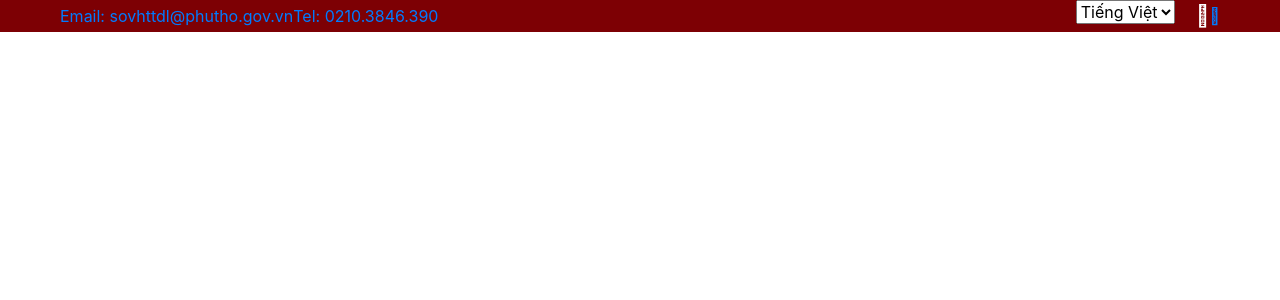
Repository: NgocNB20/Front_end_KLTN
Page: index.html
An editor plug-in stored every save of this project. The page is shown before and after the next save, followed by the edit.
The browser window is 1280 px wide. The pictures show the whole page.
Some web fonts or font styles are not loaded; a fallback is used. Some web libraries are served in a nearby version.

Above is the page before, as saved 2021-11-28 10:39:01.

### index.html
<!DOCTYPE html>
<html lang="en">

<head>
    <meta charset="UTF-8">
    <meta http-equiv="X-UA-Compatible" content="IE=edge">
    <meta name="viewport" content="width=device-width, initial-scale=1.0">
    <!-- Bootstrap CSS -->
    <link rel="stylesheet" href="https://maxcdn.bootstrapcdn.com/bootstrap/4.0.0/css/bootstrap.min.css"
        integrity="sha384-Gn5384xqQ1aoWXA+058RXPxPg6fy4IWvTNh0E263XmFcJlSAwiGgFAW/dAiS6JXm" crossorigin="anonymous">
    <link
        href="https://fonts.googleapis.com/css?family=Barlow+Condensed:200,300,400,400i,500,600,700,800,900%7CSatisfy&amp;display=swap"
        rel="stylesheet">
    <link rel="stylesheet" href="https://pro.fontawesome.com/releases/v5.10.0/css/all.css"
        integrity="sha384-AYmEC3Yw5cVb3ZcuHtOA93w35dYTsvhLPVnYs9eStHfGJvOvKxVfELGroGkvsg+p" crossorigin="anonymous" />

    <link rel="stylesheet" href="./style.css">
    <title>Travel</title>
</head>

<body>
    <div class="page-wrapper">
        <div class="site-header__header-one-wrap">
            <div class="topbar-one">
                <div class="container-fluid">
                    <div class="topbar-one__left">
                        <a href="mailto:Email: sovhttdl@phutho.gov.vn">Email: sovhttdl@phutho.gov.vn</a>
                        <a href="tel:Tel: 0210.3846.390">Tel: 0210.3846.390</a>
                    </div>
                    <div class="topbar-one__right"></div>
                    <div class="main-nav__right">
                        <div class="dropdown bootstrap-select">
                            <select name="languages" id="languages"
                                class="selectpicker" onchange="javascript:location.href = this.value;" tabindex="-98">
                                <option value="/vi" selected="">Tiếng Việt</option>
                                <option value="/en">English</option>
                            </select>
                                <!-- <button type="button" class="btn dropdown-toggle btn-light" data-toggle="dropdown"
                                    role="button" data-id="languages" title="Tiếng Việt">
                                    <div class="filter-option">
                                        <div class="filter-option-inner">
                                            <div class="filter-option-inner-inner">Tiếng Việt</div>
                                        </div>
                                    </div>
                                </button> -->
                            <div class="dropdown-menu " role="combobox">
                                <div class="inner show" role="listbox" aria-expanded="false" tabindex="-1">
                                    <ul class="dropdown-menu inner show"></ul>
                                </div>
                            </div>
                        </div>
                        <a href="#" class="main-nav__search search-popup__toggler"><i class="fal fa-search"></i></a>
                        <a href="#" class="main-nav__login login-popup__toggler"><i class="fal fa-user"></i></a>
                    </div>
                </div>
            </div>
            <div class="container-fluid">

            </div>
        </div>
    </div>

</body>

</html>

### style.css
:root {
    --thm-font: 'Barlow Condensed', sans-serif;
    --heading-font: 'Charmonman', cursive;
    --thm-base: #ffa801;
    --thm-base-rgb: 255, 168, 1;
    --thm-primary: #40b9eb;
    --thm-primary-rgb: 64, 185, 235;
    --thm-secondary: #ff0143;
    --thm-secondary-rgb: 255, 1, 67;
    --thm-black: #082740;
    --thm-black-rgb: 8, 39, 64;
    --thm-gray: #eceeef;
    --blue: #007bff;
    --indigo: #6610f2;
    --purple: #6f42c1;
    --pink: #e83e8c;
    --red: #dc3545;
    --orange: #fd7e14;
    --yellow: #ffc107;
    --green: #28a745;
    --teal: #20c997;
    --cyan: #17a2b8;
    --white: #fff;
    --gray: #6c757d;
    --gray-dark: #343a40;
    --primary: #007bff;
    --secondary: #6c757d;
    --success: #28a745;
    --info: #17a2b8;
    --warning: #ffc107;
    --danger: #dc3545;
    --light: #f8f9fa;
    --dark: #343a40;
    --breakpoint-xs: 0;
    --breakpoint-sm: 576px;
    --breakpoint-md: 768px;
    --breakpoint-lg: 992px;
    --breakpoint-xl: 1200px;
    --font-family-sans-serif: -apple-system,BlinkMacSystemFont,"Segoe UI",Roboto,"Helvetica Neue",Arial,"Noto Sans",sans-serif,"Apple Color Emoji","Segoe UI Emoji","Segoe UI Symbol","Noto Color Emoji";
    --font-family-monospace: SFMono-Regular,Menlo,Monaco,Consolas,"Liberation Mono","Courier New",monospace;
}
.topbar-one {
    background-color: #7d0004;
}
.topbar-one .container-fluid {
    padding-left: 0;
    padding-right: 0;
    display: -webkit-box;
    display: flex;
    -webkit-box-align: center;
    align-items: center;
    -webkit-box-pack: justify;
    justify-content: space-between;
}
.topbar-one__left {
    display: -webkit-box;
    display: flex;
    -webkit-box-align: center;
    align-items: center;
    padding-left: 60px;
}
.topbar-one__right {
    display: -webkit-box;
    display: flex;
    -webkit-box-align: center;
    align-items: center;
}
.main-nav__right {
    margin-left: auto;
    display: -webkit-box;
    display: flex;
    -webkit-box-align: center;
    align-items: center;
    padding-right: 60px;
}
.main-nav__right .bootstrap-select:not([class*="col-"]):not([class*="form-control"]):not(.input-group-btn) {
    width: 100px;
    position: relative;
    top: -4px;
}


.main-nav__search {
    margin-left: 20px;
    font-size: 21px;
    color:white;
    text-decoration: none;
    margin-right: 0px;
}

After the next save:
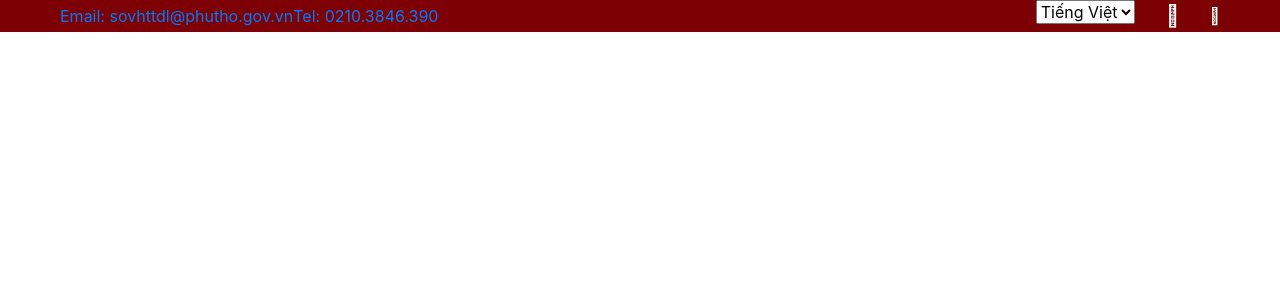
Saved 74 s later.
--- a/style.css
+++ b/style.css
@@ -87,3 +87,8 @@
     text-decoration: none;
     margin-right: 0px;
 }
+.main-nav__login, .main-nav__search {
+    color: #fff;
+    margin-right: 0;
+    margin-left: 30px;
+}
